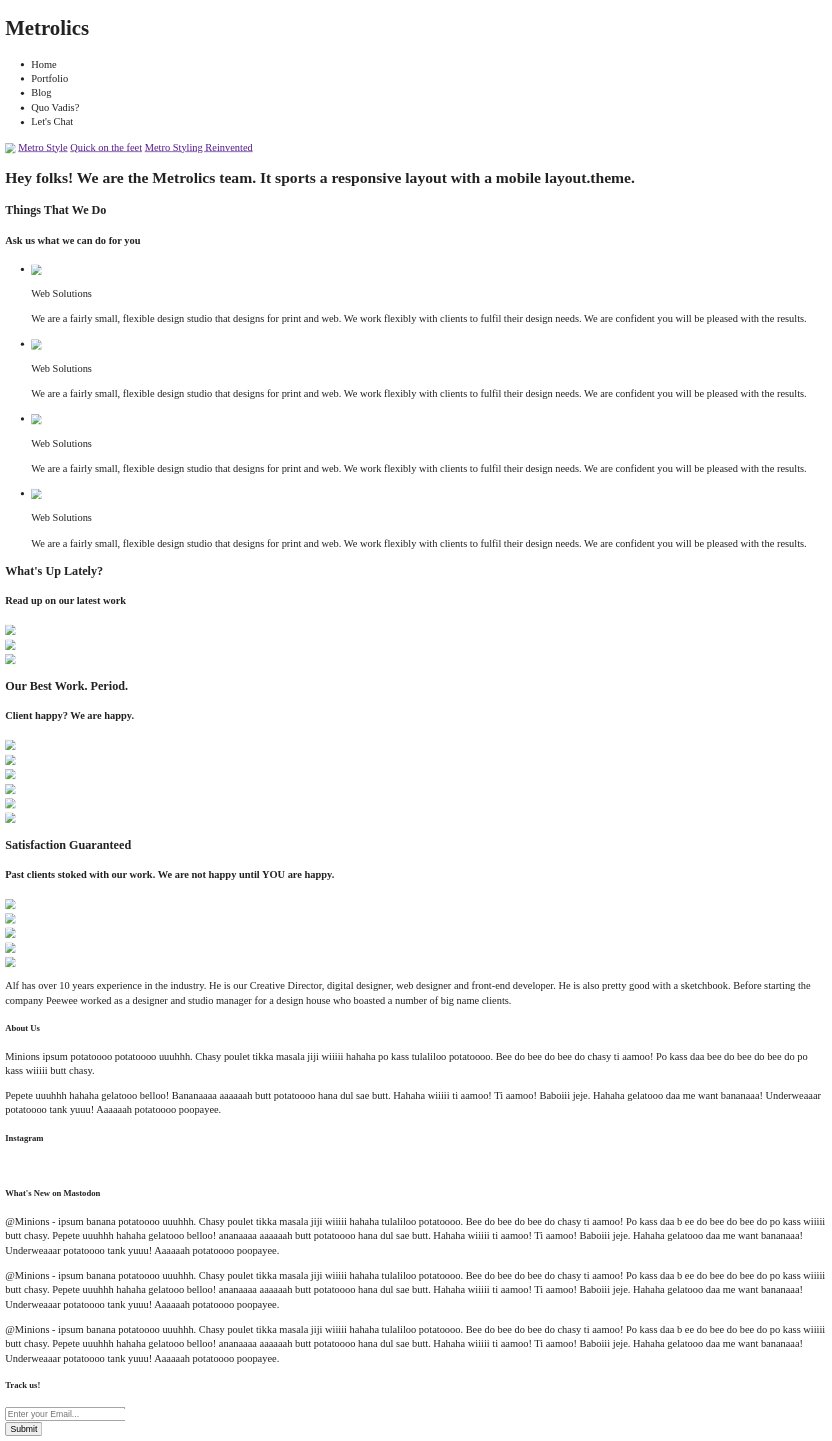
Repository: kaitlynlew/Lab02-Metrolics
Page: index.html
An editor plug-in stored every save of this project. The page is shown before and after the next save, followed by the edit.
The browser window is 1280 px wide. The pictures show the whole page, at 65% of full size.

Above is the page before, as saved 2025-01-24 10:04:06.

After the next save:
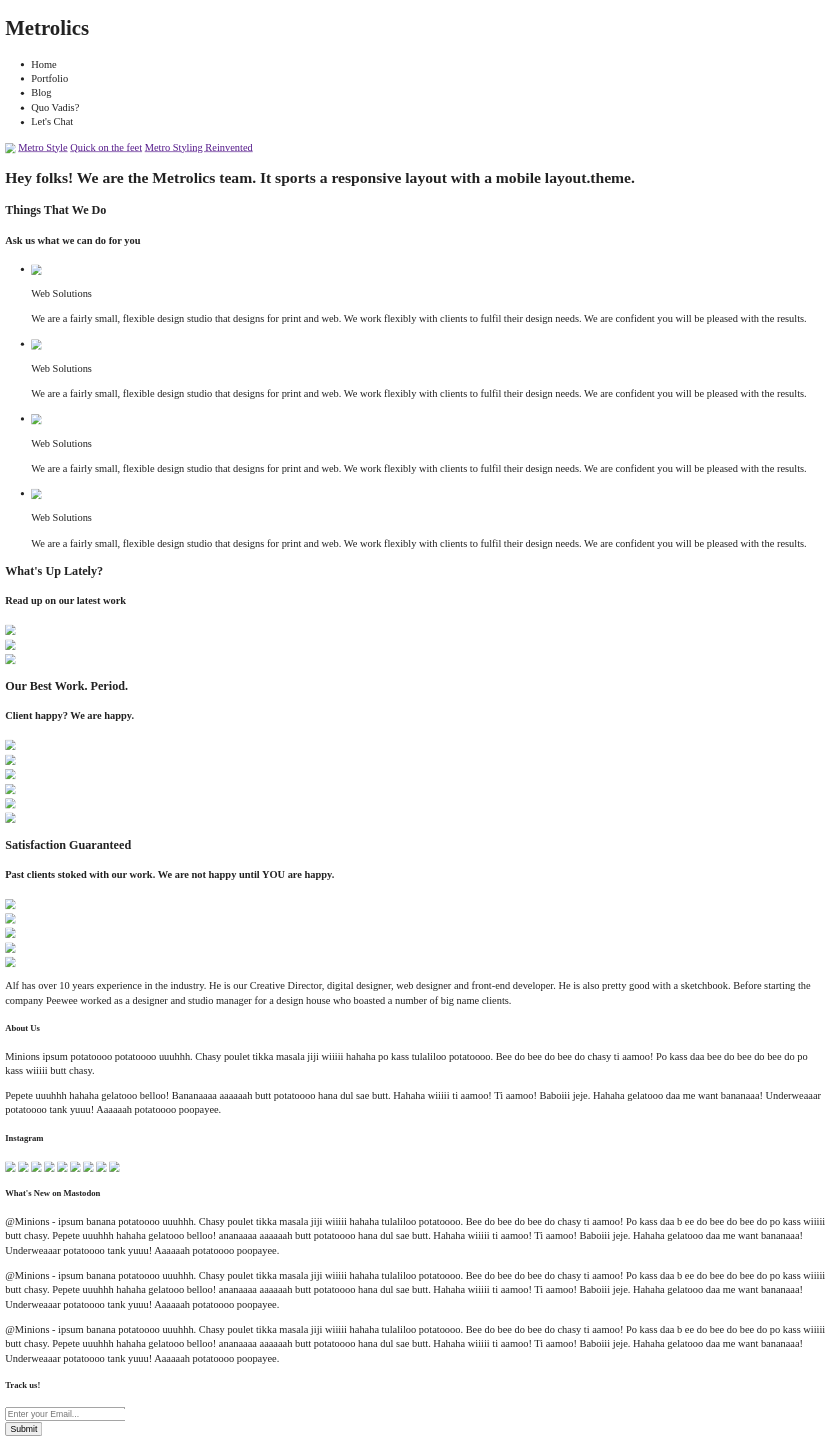
Saved 18 s later.
--- a/index.html
+++ b/index.html
@@ -120,15 +120,15 @@
       </section>
       <section>
           <h5 class="footer-section__heading">Instagram</h5>
-          <img src="">
-          <img src="">
-          <img src="">
-          <img src="">
-          <img src="">
-          <img src="">
-          <img src="">
-          <img src="">
-          <img src="">
+          <img src="/">
+          <img src="/">
+          <img src="/">
+          <img src="/">
+          <img src="/">
+          <img src="/">
+          <img src="/">
+          <img src="/">
+          <img src="/">
       </section>
       <section>
         <h5 class="footer-section__heading">What's New on Mastodon</h5>
